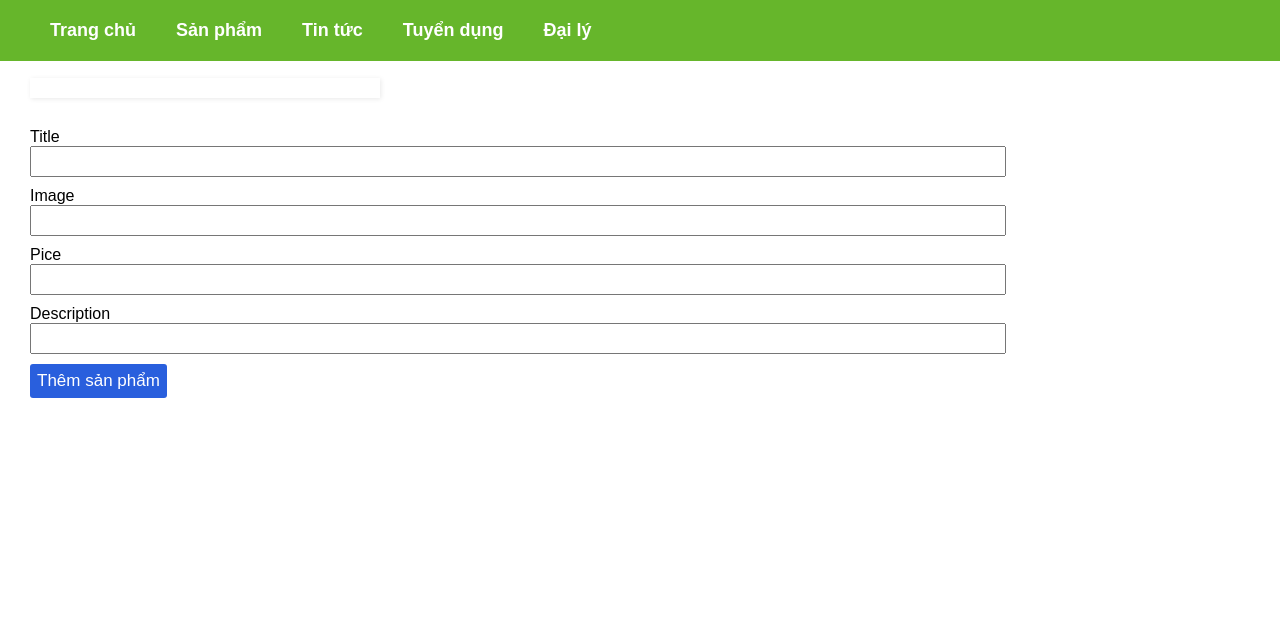
Repository: Ngoc28/CURD_HTML-CSS_JS_JSON
Page: index.html
The author's editor kept a copy of each file at every save. The page is drawn from the files as they stood at one save, then again after the next save.
The browser window is 1280 px wide. The pictures show the whole page.
The page's requests for data from a server got no answer.

Above is the page before, as saved 2023-04-11 14:39:33.

After the next save:
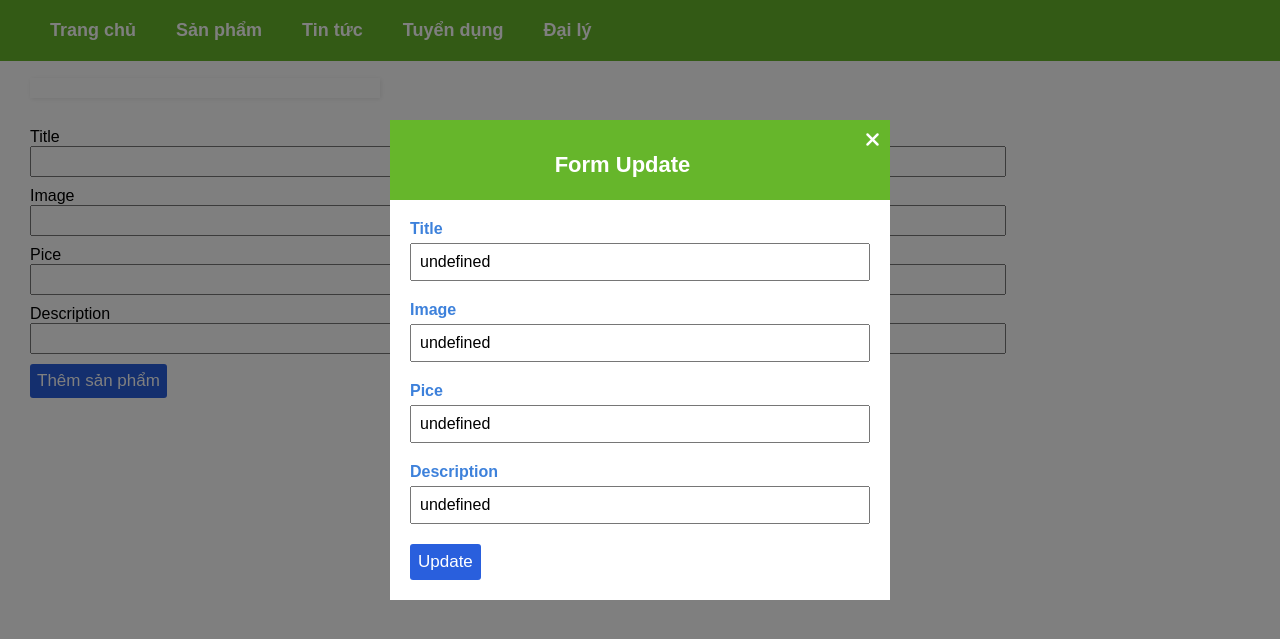
Saved 10 s later.
--- a/script.js
+++ b/script.js
@@ -162,4 +162,4 @@ function handleUpdateProduct(id,title, image, price,  description) {
 }
 
 
-// handleUpdateProduct()
+handleUpdateProduct()

After the 4 saves that followed:
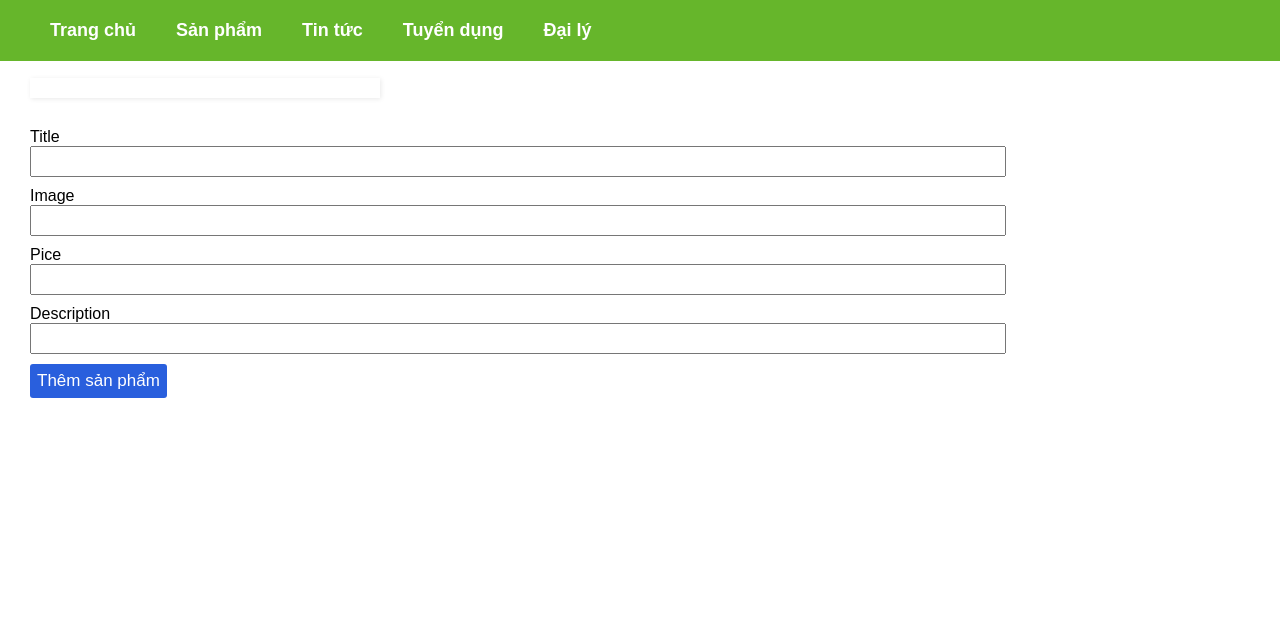
Console error: SyntaxError: Unexpected identifier 'dateBtn'
The 4 saves are shown as one change because 3 left the picture as it was.
The last was saved 2 min 5 s later.
--- a/script.js
+++ b/script.js
@@ -129,12 +129,12 @@ function handleUpdateProduct(id,title, image, price,  description) {
     inputDescriptionEdit.value = description;
 
     var updateBtn = document.querySelector('#update');
-    updateBtn = function() {
+    console.log(updateBtn)dateBtn = function() {
         let data = {
-            title: inputTitleEdit.value,
-            image: inputImageEdit.value,
-            price: inputPriceEdit.value,
-            description: inputDescriptionEdit.value,
+            inputTitleEdit: inputTitleEdit.value,
+            inputImageEdit: inputImageEdit.value,
+            inputPriceEdit: inputPriceEdit.value,
+            inputDescriptionEdit: inputDescriptionEdit.value,
         };
         var options = {
             method: 'PUT',
@@ -149,7 +149,7 @@ function handleUpdateProduct(id,title, image, price,  description) {
                 response.json();
             })
             .then(function() {
-                getProducts()
+                handleDeleteProduct()
             })
 
             inputTitleEdit.value = '';
